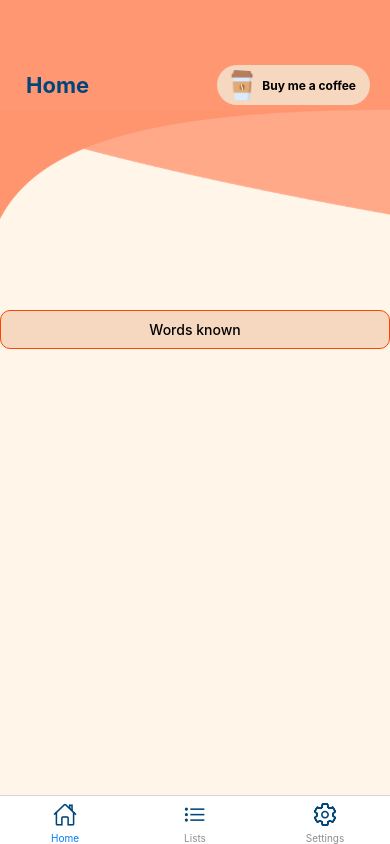
Repository: David-Waite/SpellingApp
Screen: /
An editor plug-in stored every save of this project. The screen is shown before and after the next save, followed by the edit.
The app was drawn by React Native's web renderer in a window 390 px wide. The project was rebuilt for these pictures with package versions that can differ from the ones it lists, and the page was loaded fresh each time. Also part of the build but not shown: screens/Settings.js, screens/SpellWord.js, screens/WordsLearnt.js, screens/WordListOverview.js, screens/WordLists.js, screens/Donate.js.

Above is the screen before, as saved 2023-06-22 22:14:12.

After the next save:
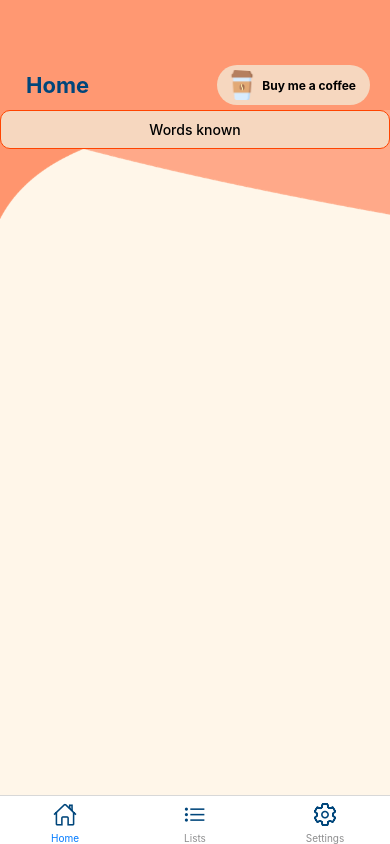
Saved 11 s later.
--- a/components/ui/WordsLearntCard.js
+++ b/components/ui/WordsLearntCard.js
@@ -24,8 +24,6 @@ const styles = StyleSheet.create({
     borderRadius: 10,
     borderColor: GlobalStyles.colors.primary800,
     borderWidth: 1,
-
-    marginTop: 200,
   },
   WordsKnownText: {
     textAlign: "center",
